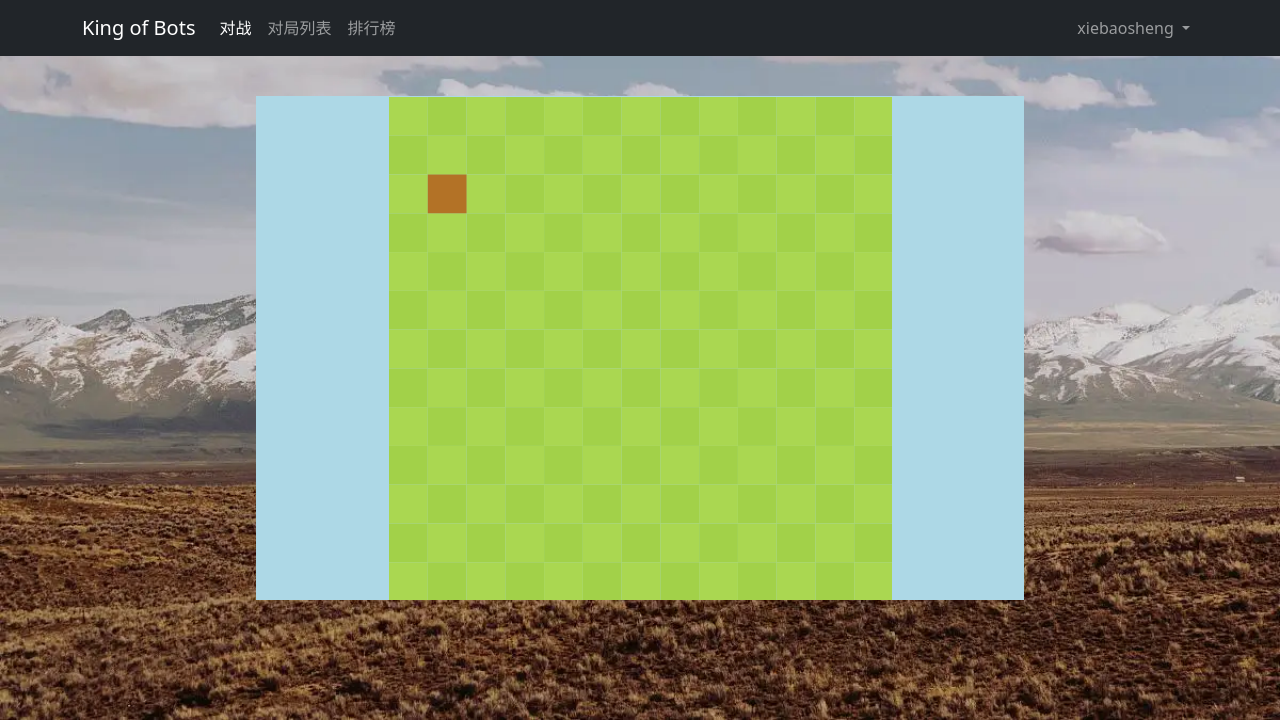
Repository: XieBaosheng/kob
Page: / (app in web/)
These files come from the project's save history. The page is drawn as it stood at one moment and after the next save; the edit follows.
The browser window is 1280 px wide. The pictures show the whole page.
The project was rebuilt for these pictures with package versions that can differ from the ones it lists, and the page was loaded fresh each time. Also part of the build but not shown: web/vue.config.js, web/src/components/ContentField.vue, web/src/views/record/RecordIndexView.vue, web/src/views/ranklist/RanklistIndexView.vue, web/src/views/user/bot/UserBotIndexView.vue, web/src/views/error/NotFound.vue.

Above is the page before, as saved 2024-05-29 21:18:40.

### web/src/App.vue
<template>
  <NavBar />
  <router-view/>
</template>

<script>
import NavBar from './components/NavBar.vue';
import "bootstrap/dist/css/bootstrap.min.css"
import "bootstrap/dist/js/bootstrap"
export default {
  components: {
    NavBar
  }
}
</script>

<style>
body {
  background-image: url("@/assets/images/background.png");
  background-size: cover;
}
</style>

### web/src/router/index.js
import { createRouter, createWebHistory } from 'vue-router'
import PkIndexView from '../views/pk/PkIndexView'
import RecordIndexView from '../views/record/RecordIndexView'
import RanklistIndexView from '../views/ranklist/RanklistIndexView'
import UserBotIndexView from '../views/user/bot/UserBotIndexView'
import NotFound from '../views/error/NotFound'



const routes = [
  {
    path: "/",
    name: "home",
    redirect: "/pk/",
  },
  {
    path: '/pk/',
    name: 'pk_index',
    component: PkIndexView,
  },
  {
    path: '/record/',
    name: 'record_index',
    component: RecordIndexView,
  },
  {
    path: '/ranklist/',
    name: 'ranklist_index',
    component: RanklistIndexView,
  },
  {
    path: '/user/bot/',
    name: 'user_bot_index',
    component: UserBotIndexView,
  },
  {
    path: '/404/',
    name: '404',
    component: NotFound,
  },
  {
    path: '/:catchAll(.*)',
    redirect: '/404/',
  },
]

const router = createRouter({
  history: createWebHistory(),
  routes
})

export default router

### web/src/components/NavBar.vue
<template>
<nav class="navbar navbar-expand-lg navbar-dark bg-dark">
<div class="container">
    <router-link class="navbar-brand" :to="{name: 'home'}">King of Bots</router-link>
    <div class="collapse navbar-collapse" id="navbarText">
        <ul class="navbar-nav me-auto mb-2 mb-lg-0">
        <li class="nav-item">
            <router-link :class="route_name == 'pk_index' ? 'nav-link active' : 'nav-link'" :to="{name: 'pk_index'}">对战</router-link>
        </li>
        <li class="nav-item">
            <router-link :class="route_name == 'record_index' ? 'nav-link active': 'nav-link'" :to="{name: 'record_index'}">对局列表</router-link>
        </li>
        <li class="nav-item">
            <router-link :class="route_name == 'ranklist_index' ? 'nav-link active': 'nav-link'" :to="{name: 'ranklist_index'}">排行榜</router-link>
        </li>
        </ul>
        <ul class="navbar-nav">
            <li class="nav-item dropdown">
                <a class="nav-link dropdown-toggle" href="#" id="navbarDropdown" role="button" data-bs-toggle="dropdown" aria-expanded="false">
                xiebaosheng
                </a>
                <ul class="dropdown-menu" aria-labelledby="navbarDropdown">
                    <li>
                        <router-link class="dropdown-item" :to="{name: 'user_bot_index'}">我的Bot</router-link>
                    </li>
                    <li><hr class="dropdown-divider"></li>
                    <li><a class="dropdown-item" href="#">退出</a></li>
                </ul>
            </li>
        </ul>
    </div>
</div>
</nav>
</template>

<script>
import { useRoute } from 'vue-router'
import { computed } from 'vue'
export default {
    setup() {
        const route = useRoute();
        let route_name = computed(() => route.name)
        return {
            route_name
        }
    }
}
</script>

<style scoped>
</style>

### web/src/views/pk/PkIndexView.vue
<template>
<PlayGround/>
</template>

<script>
import PlayGround from '../../components/PlayGround'

export default {
    components: {
        PlayGround
    }
}
</script>

<style scoped>
</style>

### web/src/components/PlayGround.vue
<template>
<div class="playground">
    <GameMap />
</div>
</template>

<script>
import GameMap from './GameMap'

export default {
    components: {
        GameMap,
    }
}

</script>

<style scoped>
div.playground {
    width: 60vw;
    height: 70vh;
    margin: 40px auto;
    background: lightblue;
}
</style>

### web/src/components/GameMap.vue
<template>
    <div ref="parent" class="gamemap">
        <canvas ref="canvas"></canvas>
    </div>

</template>


<script>
import {GameMap} from "@/assets/scripts/GameMap"
import { ref, onMounted } from 'vue'
// 挂载完入口，执行操作

export default {
    setup() {
        let parent = ref(null);
        let canvas = ref(null);

        onMounted(() => {
            new GameMap(canvas.value.getContext('2d'), parent.value)
        });

        return {
            parent,
            canvas
        }

    }
}
</script>

<style scoped>
div.gamemap {
    width: 100%;
    height: 100%;
    display: flex;
    justify-content: center;
    align-items: center;
}
</style>

### web/src/assets/scripts/GameMap.js
import { AcGameObject } from "./AcGameObject";
import { Wall } from "./Wall";

export class GameMap extends AcGameObject {
    constructor(ctx, parent) {
        super();

        this.ctx = ctx;
        this.parent = parent;
        this.L = 0;

        this.rows = 13;
        this.cols = 13;

        this.walls = [];
    }

    create_walls() {
        new Wall(2, 1, this);
    }

    start() {
        this.create_walls();
    }

    updata_size() {
        this.L = Math.min(this.parent.clientWidth / this.cols, this.parent.clientHeight / this.rows);
        this.ctx.canvas.width = this.L * this.cols;
        this.ctx.canvas.height = this.L * this.rows;
    }

    update() {
        this.updata_size();
        this.render();
    }

    render() {
        // this.ctx.fillStyle = 'green';
        // this.ctx.fillRect(0, 0, this.ctx.canvas.width, this.ctx.canvas.height);
        const color_even = "#AAD751", color_odd = "#A2D149";
        for(let r = 0; r < this.rows; r++){
            for(let c = 0; c < this.cols; c++){
                this.ctx.fillStyle = (r + c) % 2 == 0 ? color_even : color_odd;
                this.ctx.fillRect(c * this.L, r * this.L, this.L, this.L);
            }
        }
    }
}

### web/src/assets/scripts/AcGameObject.js
const AC_GAME_OBJECTS = [];

export class AcGameObject {
    constructor() {
        AC_GAME_OBJECTS.push(this);
        this.timedelta = 0;
        this.has_called_start = false;

    }

    start() {//只执行一次

    }
    update() {//每帧执行一次，除了第一帧之外

    }
    on_destory() {//销毁时执行

    }

    destory() {
        this.on_destory();

        for(let i in AC_GAME_OBJECTS){
            const obj = AC_GAME_OBJECTS[i];
            if(obj === this){
                AC_GAME_OBJECTS.splice(i);
                break;
            }
        }
    }

}

let last_timestamp;
const step = timestamp => {
    for(let obj of AC_GAME_OBJECTS){
        if(!obj.has_called_start){
            obj.has_called_start = true;
            obj.start();
        }else{
            obj.timedelta = timestamp - last_timestamp;
            obj.update();
        }
    }

    last_timestamp = timestamp;
    requestAnimationFrame(step);
}

requestAnimationFrame(step);

### web/src/assets/scripts/Wall.js
import { AcGameObject } from "./AcGameObject";

export class Wall extends AcGameObject {
    constructor(r, c, gamemap){
        super();

        this.r = r;
        this.c = c;
        this.gamemap = gamemap;
        this.color = "#B37226";
    }

    update(){
        this.render();
    }

    render(){
        const L = this.gamemap.L;
        const ctx = this.gamemap.ctx;

        ctx.fillStyle = this.color;
        ctx.fillRect(this.c * L, this.r * L, L, L);
    }
}

Loaded but not shown: web/public/index.html (common file); web/src/main.js (common file); web/src/store/index.js (common file)

After the next save:
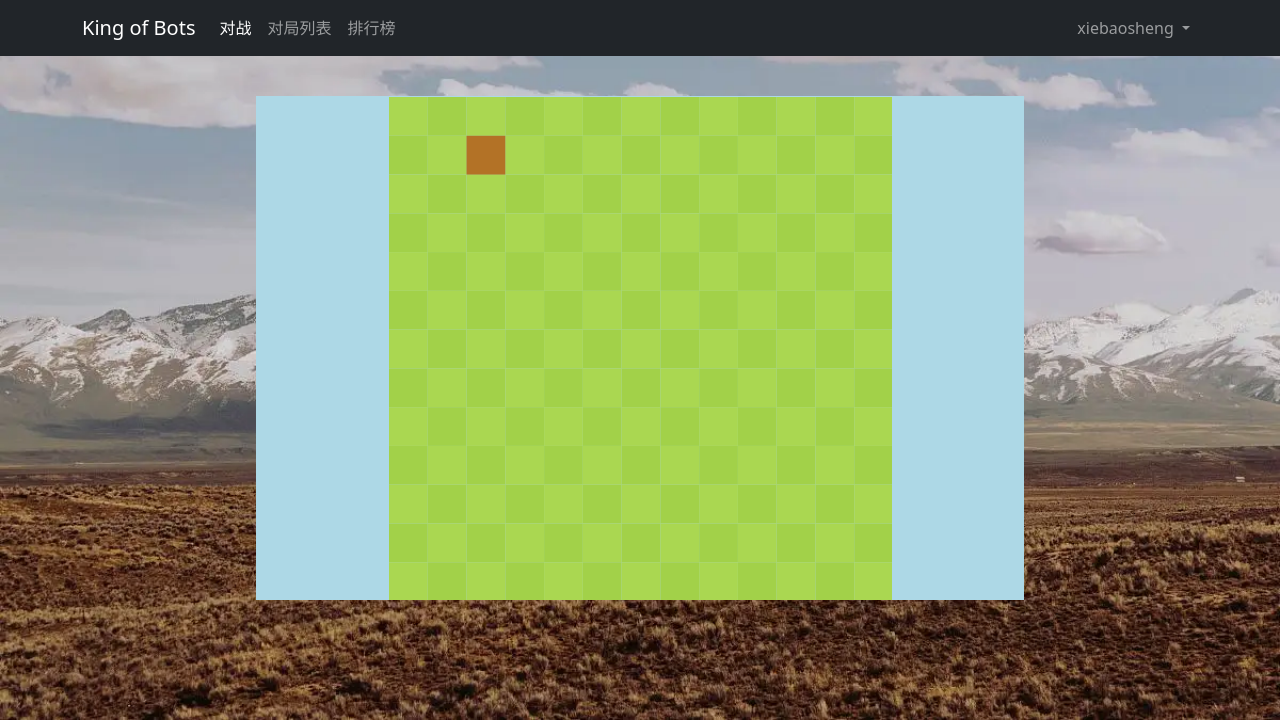
Saved 25 s later.
--- a/web/src/assets/scripts/Wall.js
+++ b/web/src/assets/scripts/Wall.js
@@ -19,6 +19,6 @@
         const ctx = this.gamemap.ctx;
 
         ctx.fillStyle = this.color;
-        ctx.fillRect(this.c * L, this.r * L, L, L);
+        ctx.fillRect(this.r * L, this.c * L, L, L);
     }
 }

After the save that followed:
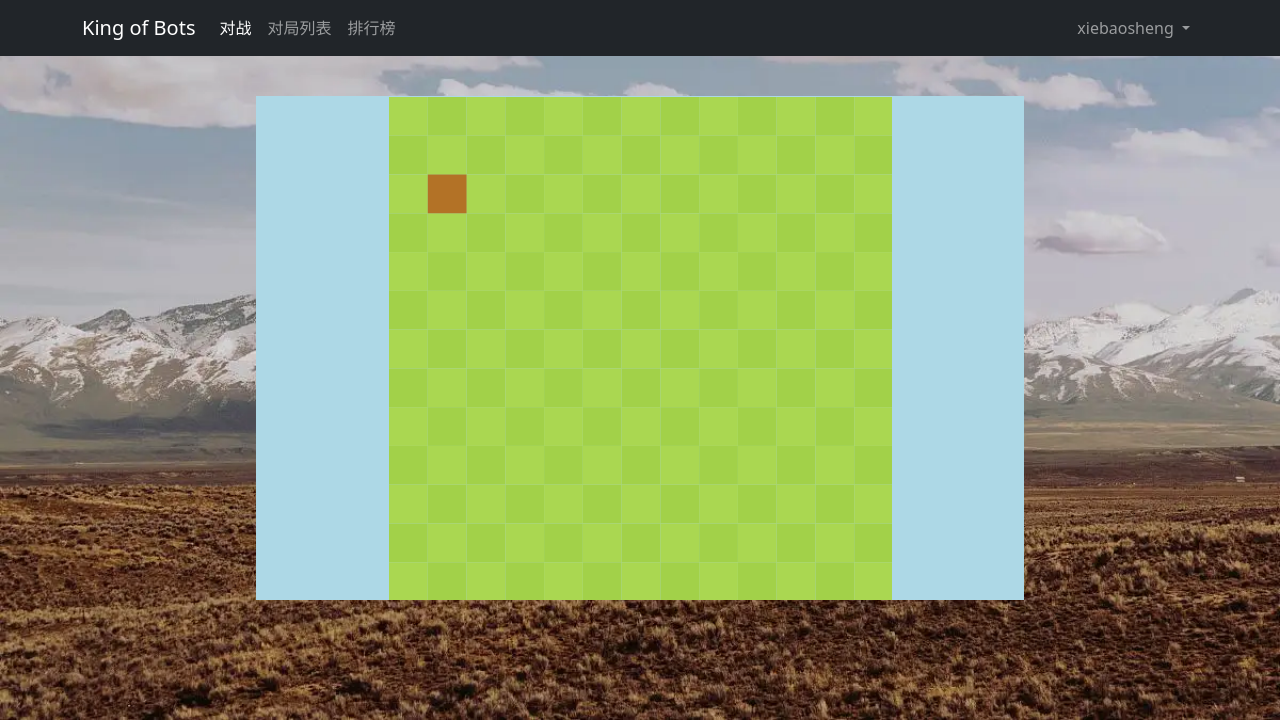
Saved 21 s later.
--- a/web/src/assets/scripts/Wall.js
+++ b/web/src/assets/scripts/Wall.js
@@ -19,6 +19,6 @@
         const ctx = this.gamemap.ctx;
 
         ctx.fillStyle = this.color;
-        ctx.fillRect(this.r * L, this.c * L, L, L);
+        ctx.fillRect(this.c * L, this.r * L, L, L);
     }
 }
